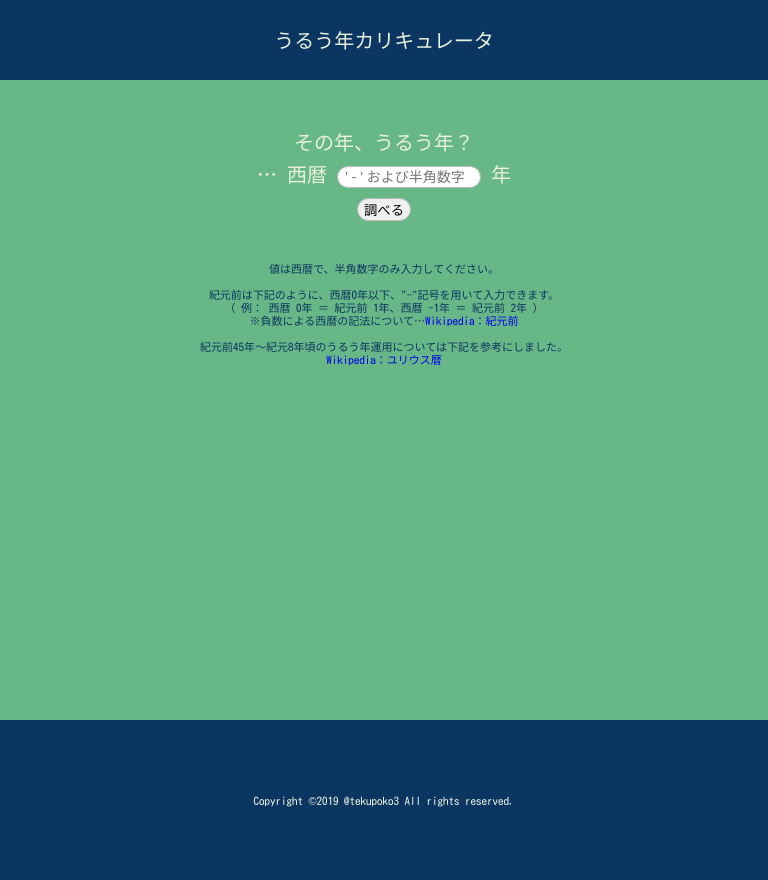
Repository: tekupoko3/leap_year_calculator
Page: leapyearcalc/judgeleapyear/templates/judgeleapyear/index.html
The author's editor kept a record of every edit. The page is drawn from the files as they stood at one moment, then again after the next edit.
The browser window is 768 px wide. The pictures show the whole page.
The template is drawn by Django 3.2. The application's start-up code is not run. Other server files are loaded and not shown. The template is opened directly, without the code that normally fills it, so the values that code supplies are empty.

Above is the page before.

### leapyearcalc/judgeleapyear/templates/judgeleapyear/index.html
<!DOCTYPE html>
<html lang="ja">
<head>
  <meta charset="UTF-8">
  <meta name="viewport" content="width=device-width, initial-scale=1.0">
  <meta http-equiv="X-UA-Compatible" content="ie=edge">

  <meta http-equiv="content-language" content="ja" />
  <meta name="description" content="シンプルなうるう年判定器です。" />
  <meta name="keywords" content="うるう年, 閏年, leap year, 計算, 判定, カリキュレータ" />
  <meta name="creation date" content="December 15, 2019" />
  <meta name="copyright" content="Copyright (C) 2019 @tekupoko3" />
  <meta name="country code" scheme="81" />
  <link rel="start" href="https://leapyearcalc.herokuapp.com" />
  <meta name="Targted Geographic Area" content="Japan" />
  <meta name="distribution" content="Global" />
  <meta name="coverage" content="Japan" />
  <meta name="classification" content="エンターテイメント" />
  <meta name="rating" content="All Ages" />
  <meta name="robots" content="NOARCHIVE" />
  <meta http-equiv="pragma" content="no-cache" />
  <meta name="robots" content="NOIMAGEINDEX" />
  <meta name="robots" content="NOIMAGECLICK" />
  <meta http-equiv="imagetoolbar" content="no" />
  <meta name="robots" content="NOODP" />
  <meta name="robots" content="NOYDIR" />
  <meta name="format-detection" content="telephone=no,email=no" />


  <title>うるう年カリキュレータ</title>


  {% load static %}
  <link rel="stylesheet" href="{% static "judgeleapyear/reset.css" %}" type="text/css" />
  <link href="https://fonts.googleapis.com/css?family=Kosugi+Maru&display=swap" rel="stylesheet">
  <link rel="stylesheet" href="{% static "judgeleapyear/base.css" %}" type="text/css" />
  <link rel="stylesheet" href="{% static "judgeleapyear/index.css" %}" type="text/css" />
</head>
<body>
  <header>
    <div class="navbar">
      <div class="headertitle">
        <a href="/"><p>うるう年カリキュレータ</p></a>
      </div>
    </div>
    <div class="flash">

    </div>
  </header>
  <main>
    <div class="mainwrapper">
      <div class="yearform">
        <form action="calc" id="yearinput" method="post">
          {% csrf_token %}
          <p>その年、うるう年？</p>
          <div class="inputblock">
              … 西暦
            {% if year is None %}
              <input type="text" name="year" placeholder="' - ' および半角数字" class="inputbox" pattern="-?[0-9]+" title="半角負号' - '（任意）と、連続した半角数字のみで入力して下さい。" required />
            {% else %}
              <input type="text" name="year" placeholder="' - ' および半角数字" value='{{ year }}' class="inputbox" pattern="-?[0-9]+" title="半角負号' - '（任意）と、連続した半角数字のみで入力して下さい。" required />
            {% endif %}
            年
          </div>
          <input type="submit" value="調べる" class="button">
        </form>
      </div>
      {% if not error is None %}
      <div class="error-text">
          <p>{{ error }}</p>
      </div>
      {% endif %}
      <p>値は西暦で、半角数字のみ入力してください。</p>
      <br>
      <p>紀元前は下記のように、西暦0年以下、"-"記号を用いて入力できます。</p>
      <p>（ 例： 西暦 0年 ＝ 紀元前 1年、西暦 -1年 ＝ 紀元前 2年 ）</p>
      <p>※負数による西暦の記法について…<a href="https://ja.wikipedia.org/wiki/%E7%B4%80%E5%85%83%E5%89%8D#%E5%A4%A9%E6%96%87%E5%AD%A6%E3%81%AB%E3%81%8A%E3%81%91%E3%82%8B%E7%B4%80%E5%85%83%E5%89%8D" target="_blank">Wikipedia：紀元前</a></p>
      <br>
      <p>紀元前45年〜紀元8年頃のうるう年運用については下記を参考にしました。</p>
      <p><a href="https://ja.wikipedia.org/wiki/%E3%83%A6%E3%83%AA%E3%82%A6%E3%82%B9%E6%9A%A6#%E9%81%8B%E7%94%A8" target="_blank">Wikipedia：ユリウス暦</a></p>
      {% if not result is None %}
        {% if result == "ユリウス暦以前" %}
          <div class="result">
            <p>紀元前46年以前には<span>うるう年の概念は<br class="sp-br">ありませんでした。</span></p>
          </div>
        {% elif year >= 5000000000 %}
          <div class="result">
            <p>{{ year_text }}年は<span>{{ result }}</span>ですが、<br><span>その頃には地球は<br><a href="https://news.livedoor.com/article/detail/15371910/" target="_blank">太陽に飲み込まれている</a>かもしれません。</span></p>
          </div>
        {% elif year >= 1750000000 %}
          <div class="result">
            <p>{{ year_text }}年は<span>{{ result }}</span>ですが、<br><span>その頃には<a href="https://matome.naver.jp/odai/2138299155821433901" target="_blank">地球上に生物がいない</a>かもしれません。</span></p>
          </div>
        {% else %}
          <div class="result">
            <p>{{ year_text }}年は<span>{{ result }}</span>です。</p>
          </div>
        {% endif %}
      {% endif %}
    </div>
  </main>
  <footer>
    <p>Copyright ©2019 <a href="https://twitter.com/tekupoko3" target="_blank">@tekupoko3</a> All rights reserved.</p>
  </footer>
</body>
</html>

### leapyearcalc/judgeleapyear/static/judgeleapyear/base.css
html, body, div, span, object, iframe,
h1, h2, h3, h4, h5, h6, p, blockquote, pre,
abbr, address, cite, code,
del, dfn, em, img, ins, kbd, q, samp,
small, strong, sub, sup, var,
b, i,
dl, dt, dd, ol, ul, li,
fieldset, form, label, legend,
table, caption, tbody, tfoot, thead, tr, th, td,
article, aside, canvas, details, figcaption, figure,
footer, header, hgroup, menu, nav, section, summary,
time, mark, audio, video {
  font-family: 'Kosugi Maru', sans-serif;
  -webkit-box-sizing: border-box;
  -moz-box-sizing: border-box;
  box-sizing: border-box;
}

a {
  text-decoration: none;
}

### leapyearcalc/judgeleapyear/static/judgeleapyear/index.css
header .navbar{
  background-color: #0B3661;
  width: 100vw;
  height: 20vh;
  display: flex;
  flex-flow: row wrap;
  justify-content: space-around;
  align-items: center;
}

.headertitle a{
  text-decoration: none;
}

.headertitle > a > p{
  color: #E8F0DE;
  flex: 0 1 auto;
  display: block;
  font-size: 40px;
}

main{
  width: 100vw;
  height: 70vh;
}

main .mainwrapper{
  background-color: #68B787;
  width: 100vw;
  height: 100%;
  text-align: center;
  padding: 2px;
  color: #0B3661;
  font-size: 13px;
}

main .mainwrapper .yearform{
  display: flex;
  width: 100%;
  padding-top: 50px;
  padding-bottom: 40px;
  flex-flow: row wrap;
  justify-content: center;
  align-items: center;
}

main .mainwrapper .yearform > form > p{
  display: inline;
  vertical-align: middle;
  flex: 0 1 auto;
  color: #E8F0DE;
  font-size: 20px;
  padding-top: 2px;
}

.inputblock{
  display: inline-block;
  vertical-align: middle;
  min-width: 280px;
  flex: 0 1 auto;
  color: #E8F0DE;
  font-size: 20px;
  padding-top: 2px;
}

main .mainwrapper > p{
  vertical-align: middle;
  color: #0B3661;
  font-size: 13px;
  padding-top: 2px;
}

main .mainwrapper > p > a{
  text-decoration: none;
}

.inputbox{
  flex: 0 1 auto;
  width: 130px;
  -webkit-border-radius: 20px;
  -moz-border-radius: 20px;
  text-align: center;
  vertical-align: middle;
  border: 1px solid #bbb;
  border-radius: 20px;
  font-size: 16px;
  color: #333;
  padding-right: 10px;
  ime-mode: disabled;
}

.inputbox::-webkit-input-placeholder {
  font-size: 14px;
}
.inputbox:-moz-placeholder {
  font-size: 14px;
}
.inputbox::-moz-placeholder {
  font-size: 14px;
}
.inputbox:-ms-input-placeholder {
  font-size: 14px;
}

.button{
  flex: 0 1 auto;
  vertical-align: middle;
  border: 1px solid #bbb;
  -webkit-border-radius: 20px;
  -moz-border-radius: 20px;
  border-radius: 20px;
}

.error-text > p{
  color: #922;
  font-size: 13px;
  margin-bottom: 10px;
}

main .mainwrapper .result{
  margin-top: 20px;
  display: flex;
  flex-flow: row wrap;
  justify-content: space-around;
  align-items: center;
}

main .mainwrapper .result > p{
  color: #E8F0DE;
  font-size: 30px;
}

main .mainwrapper .result > p > span{
  color: #E8F0DE;
  font-size: 60px;
}

footer {
  background-color: #0B3661;
  width: 100vw;
  height: 10vh;
  display: flex;
  flex-flow: row wrap;
  justify-content: space-around;
  align-items: center;
}

footer p{
  color: #E8F0DE;
  flex: 0 1 auto;
  display: block;
  font-size: 15px;
}

footer p > a{
  color: #E8F0DE;
  flex: 0 1 auto;
  text-decoration: none;
}

@media screen and (min-width:780px){
  .sp-br{
    display: none;
  }

}

@media screen and (max-width:780px){
  header .navbar{
    height: 10vh;
  }

  .headertitle a > p{
    font-size: 20px;
    flex-flow: row wrap;
    justify-content: center;
    align-items: center;
    vertical-align: middle;
  }

  main{
    height: 80vh;
  }

  main .mainwrapper p{
    color: #0B3661;
    font-size: 11px;
    padding-top: 2px;
  }

  .inputblock{
    display: block;
    margin: 10px;
  }

  main .mainwrapper .error-text > p{
    color: #922;
    display: block;
    width: 400px;
    margin: auto;
    margin-top: 10px;
    margin-bottom: 10px;
    font-size: 11px;
    text-align: center;
  }


  main .mainwrapper .result{
    display: flex;
    flex-flow: row wrap;
    justify-content: center;
    align-items: center;
    vertical-align: middle;

  }

  main .mainwrapper .result > p{
    flex: 0 1 auto;
    color: #E8F0DE;
    font-size: 20px;
  }


  main .mainwrapper .result > p > span{
    flex: 0 1 auto;
    width: 350px;
    color: #E8F0DE;
    font-size: 25px;
    display: block;
    padding: 10px 40px;
    word-wrap:break-word;
  }

  footer {
    height: 20vh;
  }


  footer p{
    font-size: 11px;
  }
}

Loaded but not shown: leapyearcalc/judgeleapyear/static/judgeleapyear/reset.css (common file)

After the next edit:
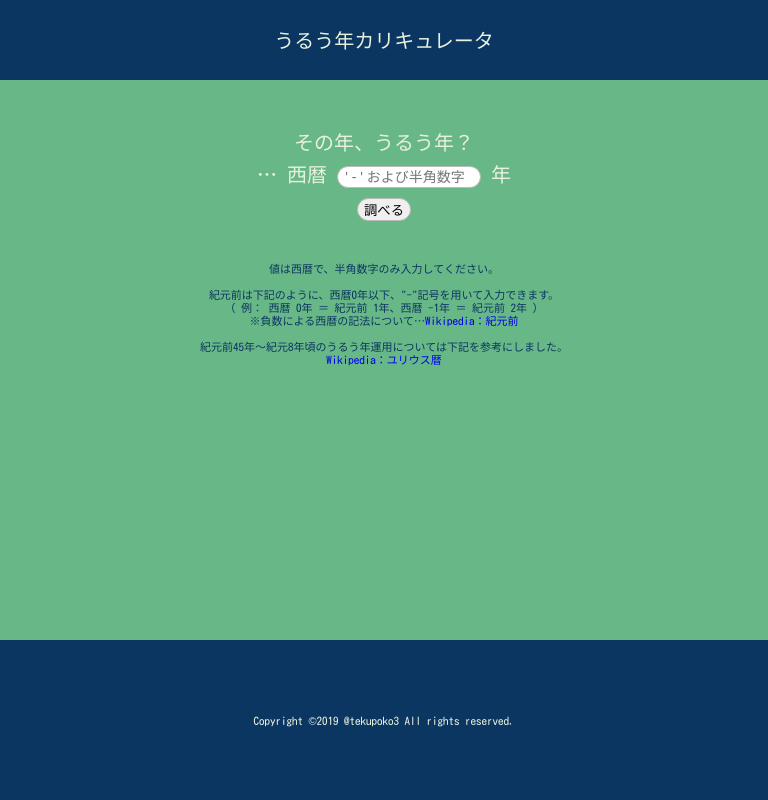
The edit:
--- a/leapyearcalc/judgeleapyear/static/judgeleapyear/index.css
+++ b/leapyearcalc/judgeleapyear/static/judgeleapyear/index.css
@@ -179,7 +179,7 @@
   }
 
   main{
-    height: 80vh;
+    height: 70vh;
   }
 
   main .mainwrapper p{
